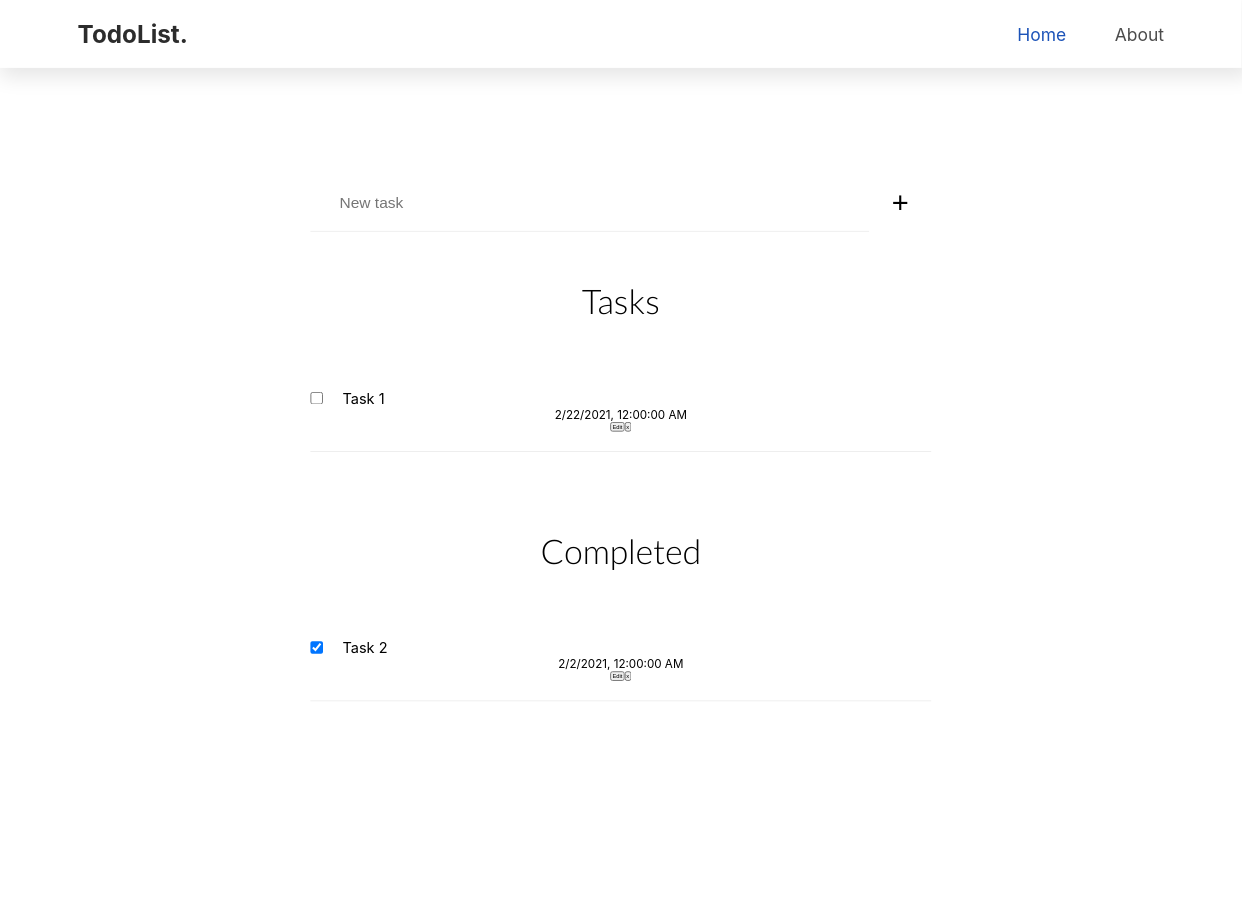
Repository: dqhuy153/react-todoList
Page: /
The author's editor kept a copy of each file at every save. The page is drawn from the files as they stood at one save, then again after the next save.
The browser window is 1280 px wide. The pictures show the whole page, at 97% of full size.
The project was rebuilt for these pictures with package versions that can differ from the ones it lists, and the page was loaded fresh each time. Also part of the build but not shown: src/components/UI/LoadingSpinner.module.scss.

Above is the page before, as saved 2021-09-16 22:14:47.

### src/App.js
import React, { Suspense } from 'react';
import { Switch, Route } from 'react-router-dom';

import './App.css';
import Layout from './components/layout/Layout';
import LoadingSpinner from './components/UI/LoadingSpinner';

const Home = React.lazy(() => import('./components/pages/Home'));
const About = React.lazy(() => import('./components/pages/About'));

function App() {
  return (
    <Layout>
      <Suspense
        fallback={
          <div className="centered">
            <LoadingSpinner />
          </div>
        }
      >
        <Switch>
          <Route path="/" exact>
            <Home />
          </Route>
          <Route path="/about">
            <About />
          </Route>
          {/* <Route path="/products" exact>
          <Products />
        </Route>
        <Route path="/products/:productId">
          <ProductDetail />
        </Route> */}
        </Switch>
      </Suspense>
    </Layout>
  );
}

export default App;

### src/App.css
@import url('https://fonts.googleapis.com/css2?family=Lato:ital,wght@0,100;0,300;0,400;0,700;0,900;1,100;1,300;1,400;1,700;1,900&display=swap');

* {
  box-sizing: border-box;
  font-size: 62.5%;
  padding: 0;
  margin: 0;
}

.centered {
  margin: 3rem auto;
  text-align: center;
  display: flex;
  justify-content: center;
  align-items: center;
}

### src/components/layout/Layout.js
import React, { Fragment } from 'react';
import AppNavigation from './AppNavigation';

import styles from './Layout.module.scss';

export default function Layout(props) {
  return (
    <Fragment>
      <AppNavigation logoTitle="TodoList." />
      <main className={styles.main}>{props.children}</main>
    </Fragment>
  );
}

### src/components/UI/LoadingSpinner.js
import styles from './LoadingSpinner.module.scss';

const LoadingSpinner = () => {
  return <div className={styles.spinner}></div>;
};

export default LoadingSpinner;

### src/components/pages/Home.js
import { useState } from 'react';
import TodoList from '../todos/TodoList';

import styles from './Home.module.scss';

const initTodoList = [
  {
    id: 1,
    title: 'Task 1',
    date: new Date('2/22/2021'),
    completed: false,
  },
  {
    id: 2,
    title: 'Task 2',
    date: new Date('2/2/2021'),
    completed: true,
  },
];

export default function Home(props) {
  const [todoList, setTodoList] = useState(initTodoList);
  const [newTask, setNewTask] = useState();

  const handleStatusChange = (id) => {
    let updatedTodoList = todoList.map((todo) => {
      if (todo.id === id) {
        todo.completed = !todo.completed;
      }
      return todo;
    });

    setTodoList(updatedTodoList);
  };

  const handleNewTaskChange = (e) => {
    setNewTask(e.target.value);
  };

  const handleAddNew = () => {
    setTodoList((prev) => [
      ...prev,
      {
        id: Math.random(),
        title: newTask,
        date: new Date(),
        completed: false,
      },
    ]);

    setNewTask('');
  };

  return (
    <div className={styles.container}>
      <div className={styles.add}>
        <input
          placeholder="New task"
          value={newTask}
          onChange={handleNewTaskChange}
        />
        <button onClick={handleAddNew}>+</button>
      </div>
      <h1>Tasks</h1>
      <TodoList
        items={todoList.filter((i) => i.completed === false)}
        onStatusChange={handleStatusChange}
      />
      <h1 className={styles['completed-title']}>Completed</h1>
      <TodoList
        items={todoList.filter((i) => i.completed === true)}
        onStatusChange={handleStatusChange}
      />
    </div>
  );
}

### src/components/layout/AppNavigation.js
import React from 'react';
import { NavLink } from 'react-router-dom';

import styles from './AppNavigation.module.scss';

export default function AppNavigation({ logoTitle = 'Demo.', ...props }) {
  return (
    <header className={styles.header}>
      <div className={styles.logo}>{logoTitle}</div>
      <nav>
        <ul>
          <li>
            <NavLink to="/" exact activeClassName={styles.active}>
              Home
            </NavLink>
          </li>
          <li>
            <NavLink to="/about" activeClassName={styles.active}>
              About
            </NavLink>
          </li>
        </ul>
      </nav>
    </header>
  );
}

### src/components/todos/TodoList.js
import React from 'react';
import TodoItem from './TodoItem';

import styles from './TodoList.module.scss';

export default function TodoList({ items, onStatusChange, ...props }) {
  return (
    <ul className={styles.container}>
      {items.map((item) => (
        <li key={item.id}>
          <TodoItem
            id={item.id}
            title={item.title}
            date={item.date}
            completed={item.completed}
            onStatusChange={onStatusChange}
          />
        </li>
      ))}
    </ul>
  );
}

### src/components/pages/Home.module.scss
.container {
  padding: 18rem 0;

  h1 {
    text-align: center;
    font-family: 'Lato', sans-serif;
    font-weight: 300;
    font-size: 3.5rem;
  }

  .completed-title {
    margin-top: 8rem;
  }

  .add {
    text-align: center;
    margin-bottom: 5rem;
    display: flex;
    align-items: center;
    justify-content: center;

    input {
      border: none;
      border-bottom: 1px solid #eee;
      font-size: 1.6rem;
      width: 45%;
      padding: 2rem 3rem;
      outline: none;
    }

    button {
      width: 5%;
      background: none;
      border: none;
      font-size: 3rem;
      font-weight: 100;
      cursor: pointer;
    }
  }
}

### src/components/layout/AppNavigation.module.scss
.header {
  width: 100%;
  height: 7rem;
  display: flex;
  align-items: center;
  justify-content: space-between;
  background-color: #ffffff;
  padding: 0 8rem;
  box-shadow: 5px 5px 20px 5px rgba(0, 0, 0, 0.1);
  position: fixed;
}

.logo {
  font-size: 2.5rem;
  color: rgb(44, 44, 44);
  font-weight: bold;
}

.header ul {
  list-style: none;
  margin: 0;
  padding: 0;
  display: flex;
  align-items: baseline;
}

.header li {
  margin-left: 5rem;
}

.header a {
  text-decoration: none;
  font-size: 1.8rem;
  color: #4b4b4b;
}

.header a:hover,
.header a:active,
.header a.active {
  color: rgb(28, 83, 184);
}

### src/components/todos/TodoItem.js
import styles from './TodoItem.module.scss';

export default function TodoItem({
  id,
  title,
  date,
  completed,
  onStatusChange,
  ...props
}) {
  return (
    <div className={styles.container}>
      <div className={styles.task}>
        <input
          type="checkbox"
          checked={completed}
          onChange={() => onStatusChange(id)}
        />
        <p>{title}</p>
      </div>
      <div>
        <p className={styles.date}>{date.toLocaleString()}</p>
        <div>
          <button>Edit</button>
          <button>x</button>
        </div>
      </div>
    </div>
  );
}

### src/components/todos/TodoList.module.scss
.container {
  text-align: center;
  width: 50%;
  margin: 5rem auto;
  list-style: none;
}

### src/components/todos/TodoItem.module.scss
.container {
  padding: 2rem 0;
  border-bottom: 1px solid #eee;
}

.task {
  display: flex;
  align-items: center;

  p {
    padding-left: 2rem;
    font-size: 1.5rem;
  }
}

.date {
  font-size: 1.2rem;
}

.flex {
  display: flex;
  align-items: center;
  justify-content: space-between;
}

Loaded but not shown: public/index.html (common file); src/index.js (common file); src/index.css (common file); src/reportWebVitals.js (common file); src/components/layout/Layout.module.scss (no stored copy; drawn as an empty file)

After the next save:
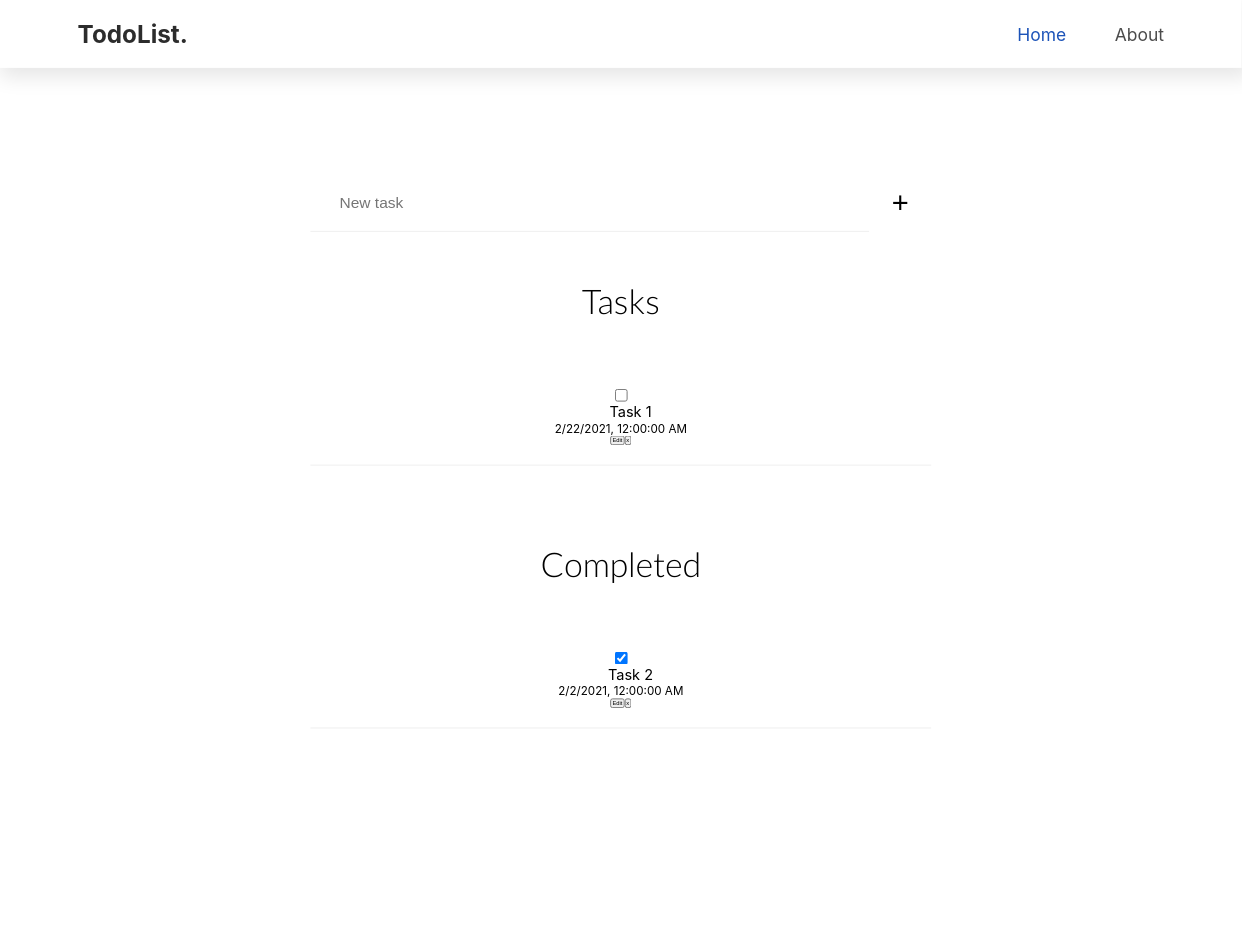
Saved 5 s later.
--- a/src/components/todos/TodoItem.module.scss
+++ b/src/components/todos/TodoItem.module.scss
@@ -4,9 +4,6 @@
 }
 
 .task {
-  display: flex;
-  align-items: center;
-
   p {
     padding-left: 2rem;
     font-size: 1.5rem;
